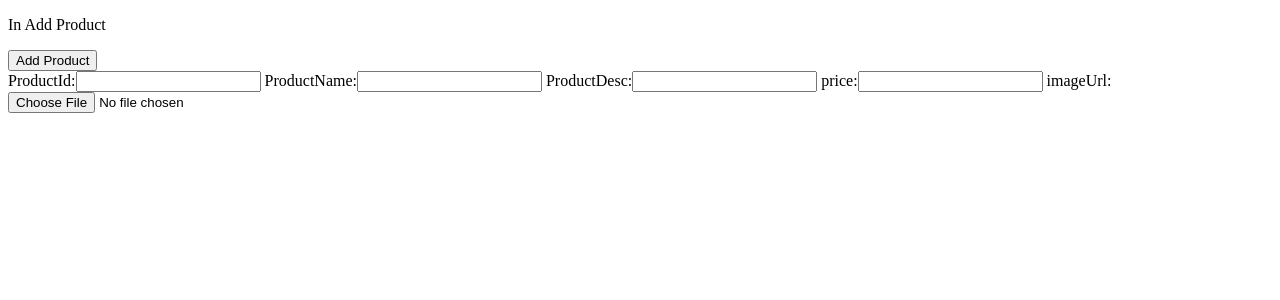
Repository: sravanreddy234/moreProject
Page: moreProject/WebContent/AddProduct.html
An editor plug-in stored every save of this project. The page is shown before and after the next save, followed by the edit.
The browser window is 1280 px wide. The pictures show the whole page.

Above is the page before, as saved 2017-07-23 10:57:03.
Console error: ReferenceError: $ is not defined

### moreProject/WebContent/AddProduct.html
<!DOCTYPE html>
<html>
<head>
<meta charset="ISO-8859-1">
<title>Admin Add Page</title>
</head>
<script>
    $(document).ready(function(){

        $('.table').DataTable({
            "lengthMenu": [[1,2,3,5,10, -1], [1,2,3,5,10, "All"]]
        });
    });
</script>
<body>
<form action="AddServlet" method="post">

<p>In Add Product</p>
<input type="submit" value="Add Product">
</form>

	ProductId:<input type="text" name="ProductId">
	ProductName:<input type="text" name="ProductName">
	ProductDesc:<input type="text" name="ProductDesc">
	price:<input type="text" name="Price">
	imageUrl:<input type="file" name="imageUrl" value="Choose File">


</body>
</html>

After the next save:
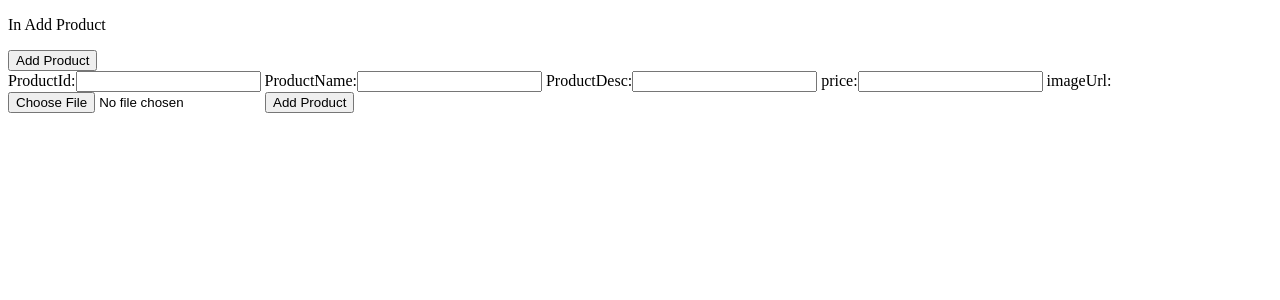
Saved 29 s later.
--- a/moreProject/WebContent/AddProduct.html
+++ b/moreProject/WebContent/AddProduct.html
@@ -24,7 +24,7 @@
 	ProductDesc:<input type="text" name="ProductDesc">
 	price:<input type="text" name="Price">
 	imageUrl:<input type="file" name="imageUrl" value="Choose File">
-
+	<input type="submit" value="Add Product">
 
 </body>
 </html>
